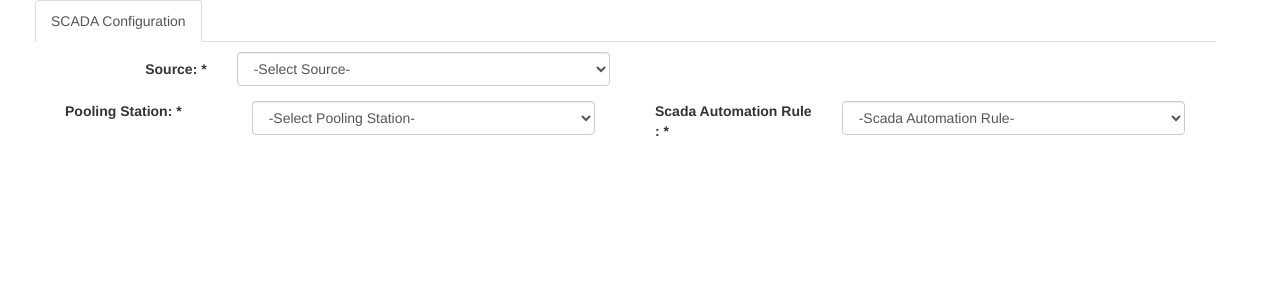
Repository: ashishNautiyal/microservices
Page: http://localhost/new-re-1/WEB-INF/jsp/scadaConfig.jsp
The author's editor kept a copy of each file at every save. The page is drawn from the files as they stood at one save, then again after the next save.
The browser window is 1280 px wide. The pictures show the whole page.
The page is served by Tomcat 9. Nobody is signed in. The template is opened directly, without the code that normally fills it, so the values that code supplies are empty.

Above is the page before, as saved 2019-11-04 05:13:41.

After the next save:
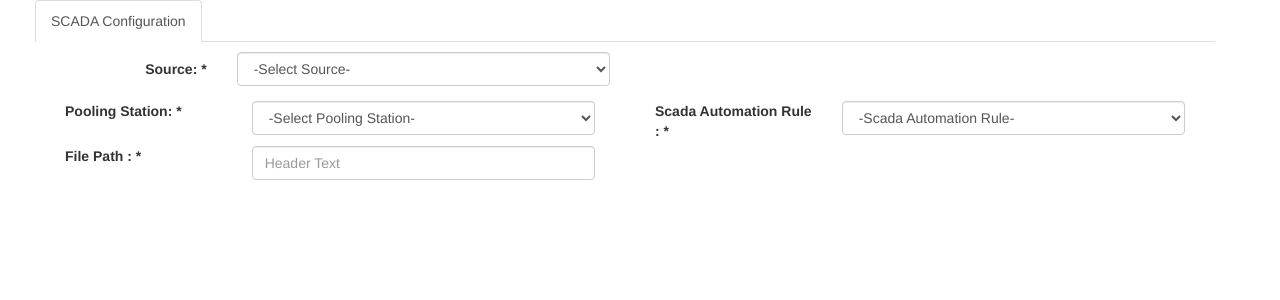
Saved 97 s later.
--- a/microservice-poc/new-re-1/src/main/webapp/WEB-INF/jsp/scadaConfig.jsp
+++ b/microservice-poc/new-re-1/src/main/webapp/WEB-INF/jsp/scadaConfig.jsp
@@ -69,14 +69,28 @@
 
 										<div class="col-sm-6">
 											<div class="form-group ">
-												<label for="scadaAutomationRule" class="col-sm-4 control-label">Scada Automation Rule
-													: <span class="required" title="Mandatory">*</span>
+												<label for="scadaAutomationRule"
+													class="col-sm-4 control-label">Scada Automation
+													Rule : <span class="required" title="Mandatory">*</span>
 												</label>
 												<div class="col-sm-8">
 													<select class="form-control scadaAutomationRule">
 														<option value="">-Scada Automation Rule-</option>
 
 													</select>
+												</div>
+											</div>
+										</div>
+
+
+										<div class="col-sm-6">
+											<div class="form-group ">
+												<label for="filePath" class="col-sm-4 control-label">File
+													Path : <span class="required" title="Mandatory">*</span>
+												</label>
+												<div class="col-sm-8">
+													<input type="text" class="form-control headerText"
+														placeholder="Header Text" />
 												</div>
 											</div>
 										</div>
